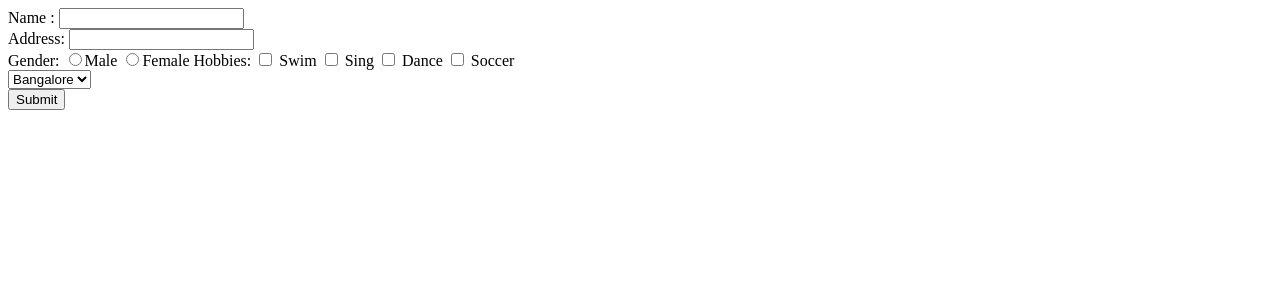
Repository: 164424-RoshanKanwal/All_Assignments
Page: MyFirstProject/WebContent/HTML/userForm.html
The author's editor kept a copy of each file at every save. The page is drawn from the files as they stood at one save, then again after the next save.
The browser window is 1280 px wide. The pictures show the whole page.

Above is the page before, as saved 2018-12-03 12:49:22.

### MyFirstProject/WebContent/HTML/userForm.html
<!DOCTYPE html>
<html>
<head>
<meta charset="ISO-8859-1">
<title>Insert title here</title>
</head>
<body>
<form action ="/MyFirstProject/first" method = "get">
Name : <input type="text" name = "userName" id = "userId"><br>
Address:  <input type="text" name = "userAddr" id = "userAddr"><br>
Gender: <input type="radio" name = "gender" id = "userM">Male
<input type="radio" name = "gender" id = "userF">Female
Hobbies: <input type = "checkbox" name = "Swim"> Swim
<input type = "checkbox" name = "Sing"> Sing
<input type = "checkbox" name = "Dance"> Dance
<input type = "checkbox" name = "Soccer"> Soccer
<br>



<select>
<option value = "bangalore">Bangalore</option>
<option value ="mumbai">Mumbai</option>
<option value ="delhi">Delhi</option>
<option value ="pune">Pune</option>
</select>
<br>
<input type = "Submit" value="Submit">

</form>
</body>
</html>

<!--
<table>
<tr><th>NAME:</th>
<td><input type= "text" name ="uname" value = "userName"/></td></tr>

<tr><th>Address:</th>
<td><input type= "text" name ="uaddr" value = "userAddr"/></td></tr>

<tr><th>Gender:</th>
<td><input type= "text" name ="uname" value = "userName"/></td></tr>

<tr><th>Hobbies:</th>
<td><input type= "text" name ="uname" value = "userName"/></td></tr>

<tr><th>Location:</th>
<td><input type= "text" name ="uname" value = "userName"/></td></tr>





</table>-->

After the next save:
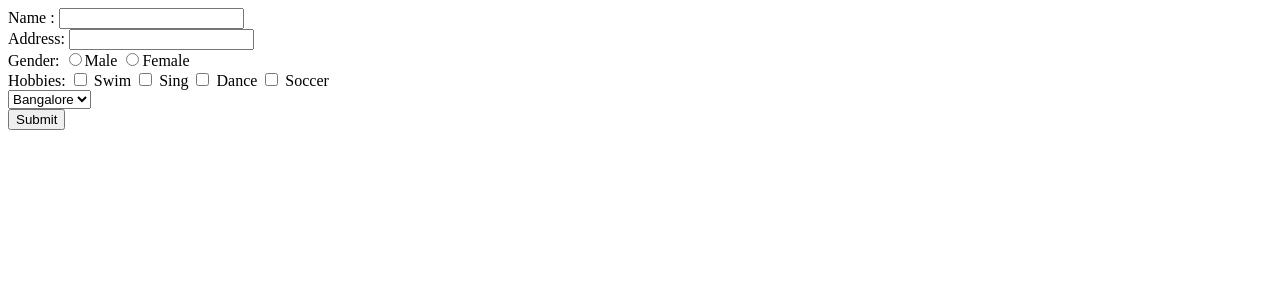
Saved 40 s later.
--- a/MyFirstProject/WebContent/HTML/userForm.html
+++ b/MyFirstProject/WebContent/HTML/userForm.html
@@ -9,7 +9,7 @@
 Name : <input type="text" name = "userName" id = "userId"><br>
 Address:  <input type="text" name = "userAddr" id = "userAddr"><br>
 Gender: <input type="radio" name = "gender" id = "userM">Male
-<input type="radio" name = "gender" id = "userF">Female
+<input type="radio" name = "gender" id = "userF">Female<br>
 Hobbies: <input type = "checkbox" name = "Swim"> Swim
 <input type = "checkbox" name = "Sing"> Sing
 <input type = "checkbox" name = "Dance"> Dance
